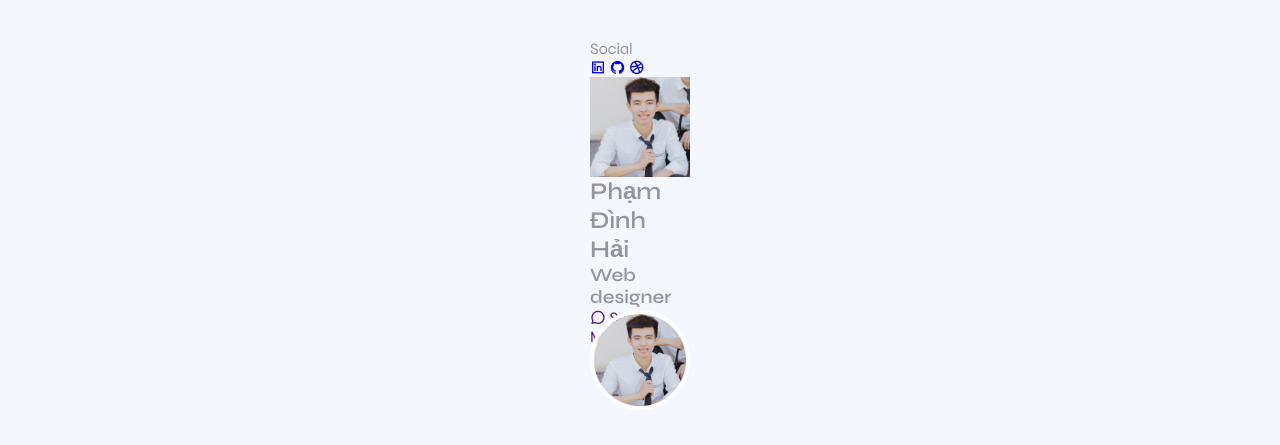
Repository: dinhhaidh/Profile
Page: index.html
These files come from the project's save history. The page is drawn as it stood at one moment and after a run of saves; the edit follows.
The browser window is 1280 px wide. The pictures show the whole page.
Some web libraries are served in a nearby version.

Above is the page before, as saved 2024-02-29 09:06:12.

### index.html
<!DOCTYPE html>
<html lang="en">
<head>
    <meta charset="UTF-8">
    <meta name="viewport" content="width=device-width, initial-scale=1.0">

    <!--=============== REMIXICONS ===============-->
    <link rel="stylesheet" href="https://cdnjs.cloudflare.com/ajax/libs/remixicon/4.0.1/remixicon.css">

    <!--=============== CSS ===============-->
    <link rel="stylesheet" href="style.css">

    <title>Profile card with tooltip</title>
</head>
<body>
    <div class="container">
        <article class="card__article">
            <div class="card__profile">
                <img src="./img/img.jpg" alt="image" class="card__profile-img">
            </div>

            <div class="card__tooltip">
                <div class="card__content">
                    <header class="card__header">
                        <span>Social</span>

                        <div class="card__social">
                            <a href="https://www.linkedin.com" target="_blank">
                                <i class="ri-linkedin-box-line"></i>
                            </a>

                            <a href="https://www.github.com" target="_blank">
                                <i class="ri-github-fill"></i>
                            </a>

                            <a href="https://www.dribbble.com" target="_blank">
                                <i class="ri-dribbble-line"></i>
                            </a>
                        </div>
                    </header>

                    <div class="card__data">
                        <div class="card__image">
                            <div class="card__mask">
                                <img src="./img/img.jpg" alt="image" class="card__img">
                            </div>

                            <span class="card__stutus">

                            </span>
                        </div>
                        <h2 class="card__name">Phạm Đình Hải</h2>
                        <h3 class="card__profession">Web designer</h3>

                        <a href="" class="card__button">
                            <i class="ri-chat-3-line"></i> <span>Send Message</span>
                        </a>
                    </div>
                </div>
            </div>
        </article>
    </div>
</body>
</html>

### style.css
/*=============== GOOGLE FONTS ===============*/
@import url("https://fonts.googleapis.com/css2?family=Syne:wght@400;500;600&display=swap");

/*=============== VARIABLES CSS ===============*/
:root {
    /*========== Colors ==========*/
    /*Color mode HSL(hue, saturation, lightness)*/
    --first-color: hsl(230, 100%, 50%);
    --second-color: hsl(150, 100%, 38%);
    --title-color: hsl(230, 24%, 12%);
    --text-color: hsl(230, 4%, 60%);
    --gray-color: hsl(230, 24%, 88%);
    --border-color: hsl(230, 4%, 92%);
    --body-color: hsl(230, 100%, 98%);
    --container-color: hsl(0, 0%, 100%);

    /*========== Font and typography ==========*/
    /*.5rem = 8px | 1rem = 16px ...*/
    --body-font: "Syne", sans-serif;
    --h2-font-size: 1.25rem;
    --normal-font-size: 1rem;
}

/*=============== BASE ===============*/
* {
    box-sizing: border-box;
    padding: 0;
    margin: 0;
}

body {
    font-family: var(--body-font);
    font-size: var(--normal-font-size);
    background-color: var(--body-color);
    color: var(--text-color);
}

a {
    text-decoration: none;
}

img {
    display: block;
    max-width: 100%;
    height: auto;
}

/*=============== CARD ===============*/
.container{
    height: 100vh;
    display: grid;
    place-items: center;
    margin-inline: 1.5rem;
    padding-block: 7rem;
}
.card__article{
    position: relative;
    align-items: flex-end;
    display: flex;
    justify-content: center;
}
.card__profile{
    width: 100px;
    height: 100px;
    background-color: var(--gray-color);
    border-radius: 50%;
    overflow: hidden;
    display:flex;
    align-items: flex-end;
    justify-content: center;
    border: 4px solid var(--container-color);
    z-index: 5;
}
.card__profile-img{
    width: 95px;
}

.card__tooltip{
    position: absolute;
    bottom: 4rem;
    p
}
.card__content{

}
.card__header{

}
.card__social{

}

.card__data{

}
.card__image{

}
.card__mask{

}
.card__img{

}
.card__stutus{

}
.card__name{

}
.card__profession{

}
.card__button{

}
.ri-chat-3-line{

}

/* Scale profile image */


/* Show tooltip card */


/*=============== BREAKPOINTS ===============*/
/* For medium devices */

After the next 2 saves:
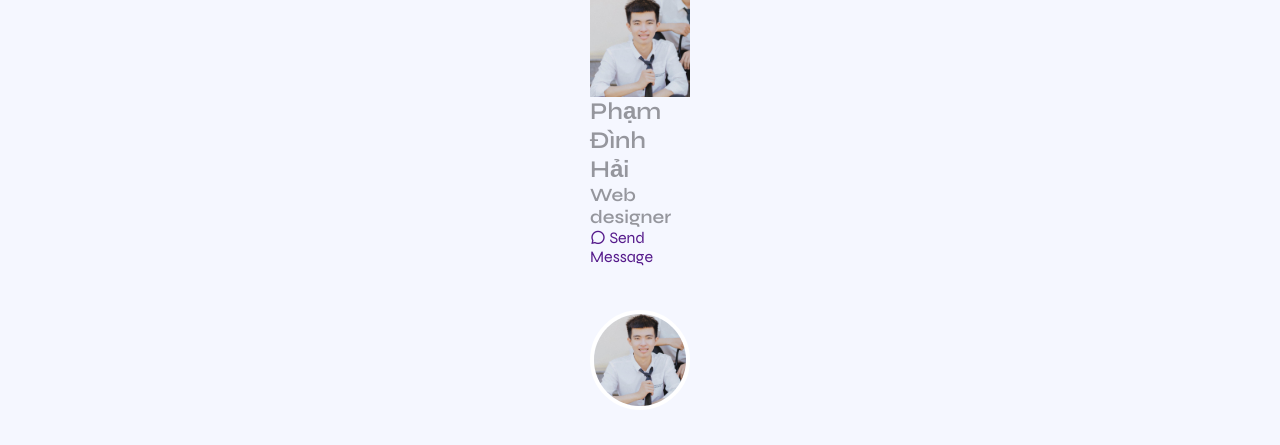
The 2 saves are shown as one change because they came seconds apart.
The last was saved 8 s later.
--- a/style.css
+++ b/style.css
@@ -78,7 +78,7 @@ img {
 .card__tooltip{
     position: absolute;
     bottom: 4rem;
-    p
+    padding-bottom: 5rem;
 }
 .card__content{
 
